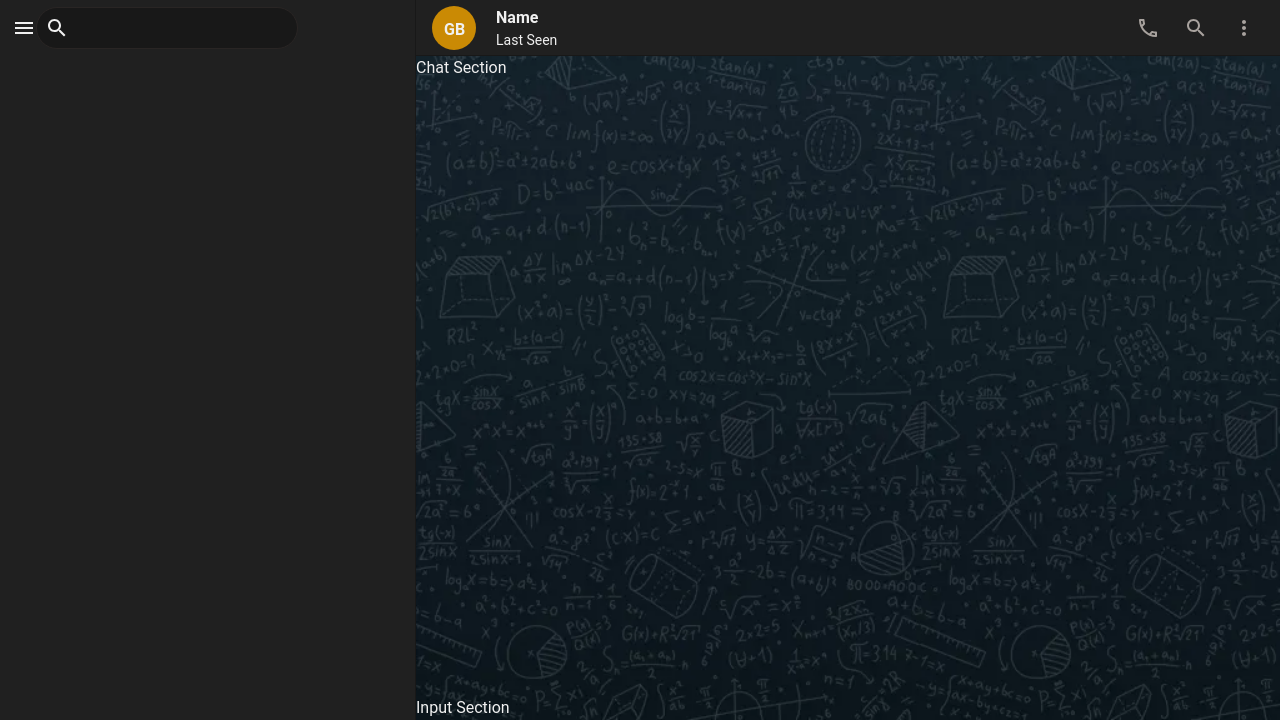
Repository: Qu4ntumGuy/telegram-clone
Page: /
The author's editor kept a copy of each file at every save. The page is drawn from the files as they stood at one save, then again after the next save.
The browser window is 1280 px wide. The pictures show the whole page.
The project was rebuilt for these pictures with package versions that can differ from the ones it lists, and the page was loaded fresh each time. Also part of the build but not shown: src/Utils/ContextProvider.js, src/Pages/ChatPage.js/ChatPage.js.

Above is the page before, as saved 2024-07-15 12:31:23.

### src/index.css
@tailwind base;
@tailwind components;
@tailwind utilities;

:root {
  font-family: "Roboto", sans-serif;
  color-scheme: light;
  body {
    @apply bg-[#181818] text-[#f0f0f0];
  }
}
/*
:root {
  @apply bg-[#181818];
} */

### src/App.js
import { Routes, BrowserRouter, Route } from "react-router-dom";
import Sidebar from "./Components/Sidebar";
import Home from "./Pages/Home/Home";
import ChatPage from "./Pages/ChatPage.js/ChatPage";

function App() {
  return (
    <div className="flex max-w-[105rem] mx-auto">
      <Sidebar />
      <BrowserRouter>
        <Routes>
          <Route path="/" element={<Home />} />
          <Route path="/k/:id" element={<ChatPage />} />
        </Routes>
      </BrowserRouter>
      {/* <Home /> */}
    </div>
  );
}

export default App;

### src/Components/Sidebar.js
import React from "react";
import { useComponentContext } from "../Utils/ContextProvider";
import MenuIcon from "@mui/icons-material/Menu";
import SearchIcon from "@mui/icons-material/Search";

function Sidebar() {
  const context = useComponentContext();
  return (
    <div className="w-full md:max-w-[26rem] bg-[#202020] border-r border-[#181818] h-screen">
      <div className="flex items-center px-3 h-14 w-full">
        <div className="">
          <MenuIcon />
        </div>
        <div>
          <div className="flex border border-stone-800 rounded-full p-2 bg-[#181818]">
            <div className="">
              <SearchIcon />
            </div>
            <form>
              <input className="w-full bg-inherit" />
            </form>
          </div>
        </div>
      </div>
      <div></div>
    </div>
  );
}

export default Sidebar;

### src/Pages/Home/Home.js
import React from "react";
import backgroundImage from "../../Assets/Desktop.webp";
import Topbar from "../../Components/Topbar";

function Home() {
  const image =
    "https://blog.1a23.com/wp-content/uploads/sites/2/2020/02/pattern_02-150x150.png";

  //   const divStyle = {
  //     width: "100%",
  //     height: "100vh", // Adjust the height as needed
  //     backgroundImage: `url(${backgroundImage})`,
  //     backgroundSize: "cover", // Ensures the image covers the entire div
  //     backgroundPosition: "center", // Centers the image
  //   };
  return (
    <div
      className="md:flex flex-col justify-center bg-cover h-screen hidden md:w-full "
      style={{ backgroundImage: `url(${backgroundImage})` }}
    >
      <div className="top-0 mb-auto h-14 bg-[#202020] border-b border-[#181818]">
        <Topbar />
      </div>
      <div className="flex flex-col h-full">
        <div className="top-0">Chat Section</div>
        <div className="bottom-0 mt-auto">Input Section</div>
      </div>
    </div>
  );
}

export default Home;

### src/Components/Topbar.js
import React from "react";
import CallOutlinedIcon from "@mui/icons-material/CallOutlined";
import SearchIcon from "@mui/icons-material/Search";
import MoreVertIcon from "@mui/icons-material/MoreVert";

function Topbar() {
  return (
    <div className="flex px-4 h-14">
      <div className="flex-1 flex items-center">
        <div className="bg-yellow-600 p-3 rounded-full h-11 w-11 text-center align-middle font-bold">
          <div className="text-center align-middle">GB</div>
        </div>
        <div className="flex flex-col pl-5 w-full">
          <div className="font-semibold">Name</div>
          <div className="text-sm"> Last Seen</div>
        </div>
      </div>
      <div className="flex items-center space-x-2 font-semibold pl-3 text-stone-400">
        <div className=" rounded-full cursor-pointer hover:bg-stone-700 hover:bg-opacity-30 p-2">
          <CallOutlinedIcon />
        </div>
        <div className=" rounded-full cursor-pointer hover:bg-stone-700 hover:bg-opacity-30 p-2">
          <SearchIcon />
        </div>
        <div className=" rounded-full cursor-pointer hover:bg-stone-700 hover:bg-opacity-30 p-2">
          <MoreVertIcon />
        </div>
      </div>
    </div>
  );
}

export default Topbar;

Loaded but not shown: public/index.html (common file); src/index.js (common file); src/reportWebVitals.js (common file); tailwind.config.js (common file)

After the next save:
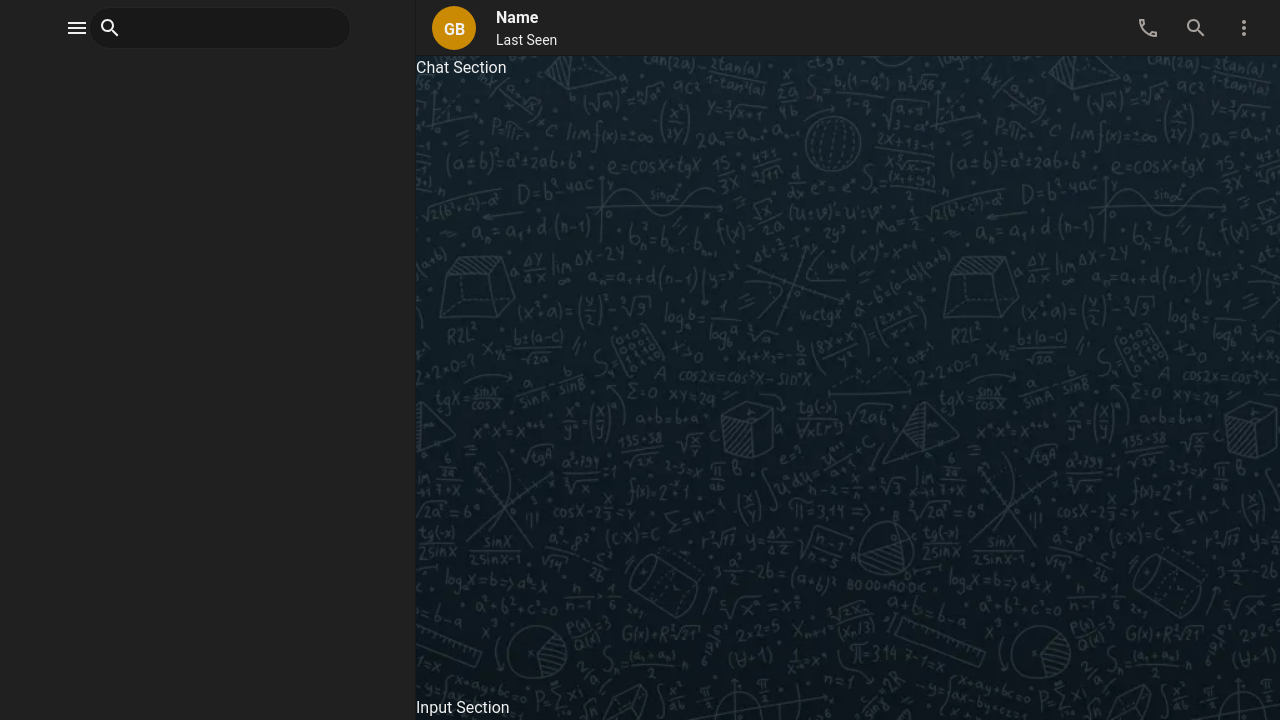
Saved 7 s later.
--- a/src/Components/Sidebar.js
+++ b/src/Components/Sidebar.js
@@ -7,7 +7,7 @@ function Sidebar() {
   const context = useComponentContext();
   return (
     <div className="w-full md:max-w-[26rem] bg-[#202020] border-r border-[#181818] h-screen">
-      <div className="flex items-center px-3 h-14 w-full">
+      <div className="flex items-center justify-center px-3 h-14 w-full">
         <div className="">
           <MenuIcon />
         </div>

After the save that followed:
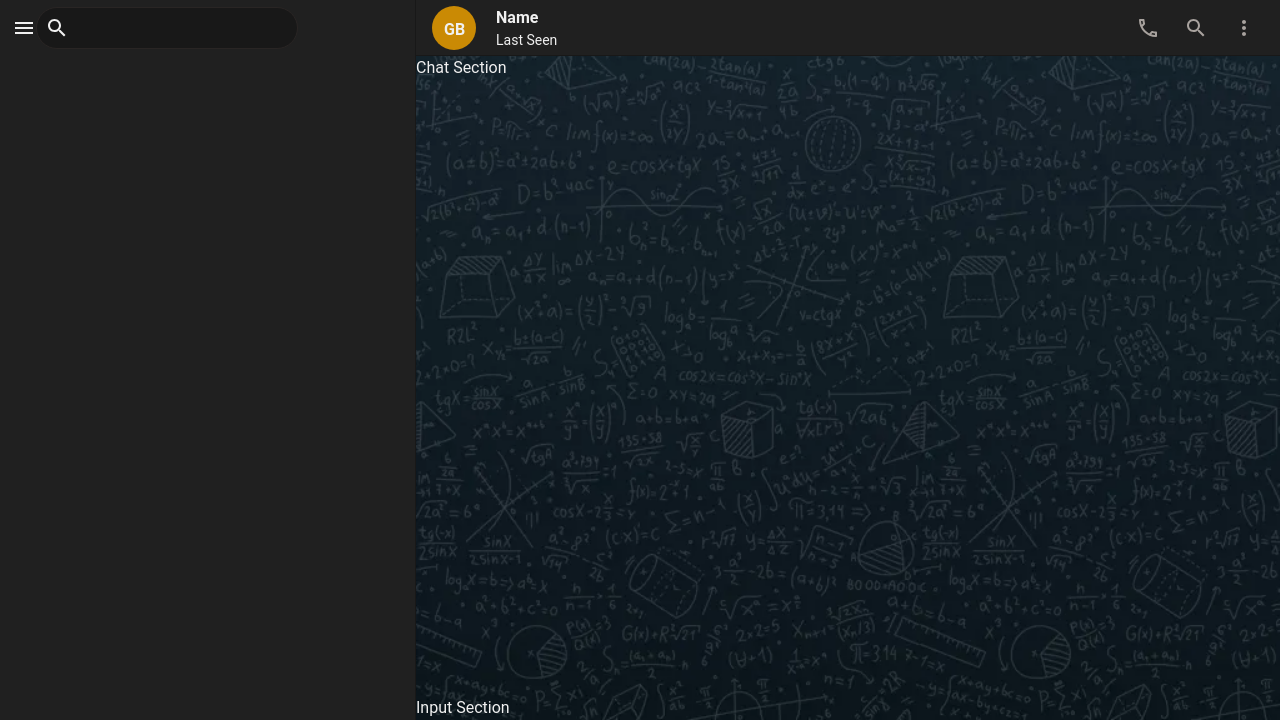
Saved 7 s later.
--- a/src/Components/Sidebar.js
+++ b/src/Components/Sidebar.js
@@ -7,7 +7,7 @@ function Sidebar() {
   const context = useComponentContext();
   return (
     <div className="w-full md:max-w-[26rem] bg-[#202020] border-r border-[#181818] h-screen">
-      <div className="flex items-center justify-center px-3 h-14 w-full">
+      <div className="flex items-center justify-start px-3 h-14 w-full">
         <div className="">
           <MenuIcon />
         </div>
